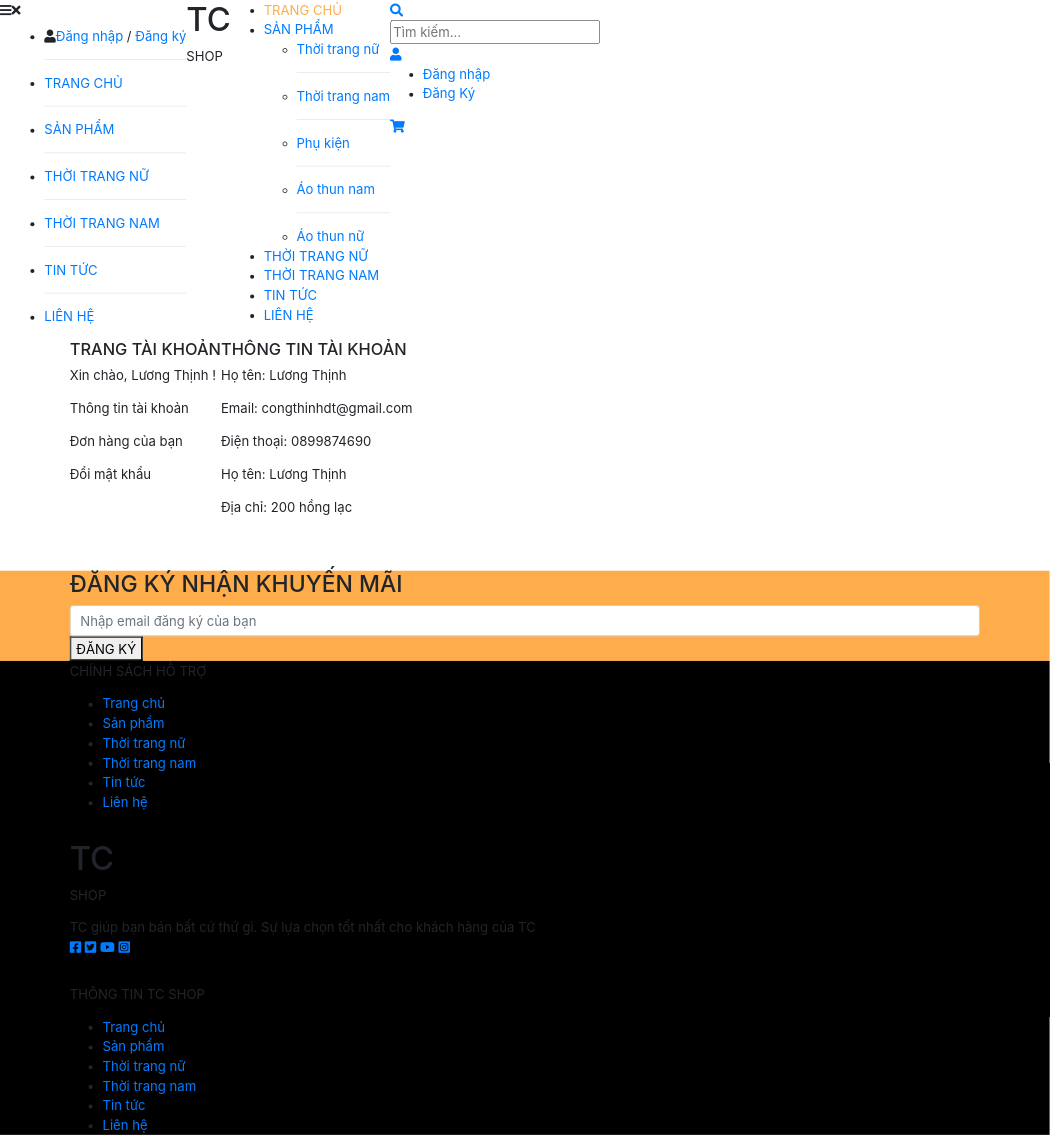
Repository: congthinh1701/TCshop
Page: ThongTinTaiKhoan.html
An editor plug-in stored every save of this project. The page is shown before and after the next save, followed by the edit.
The browser window is 1280 px wide. The pictures show the whole page, at 82% of full size.
The style sheet was rebuilt from its Sass, Less or Tailwind sources for each picture, by a compiler version that may differ from the author's.

Above is the page before, as saved 2021-09-08 17:02:16.

After the next save:
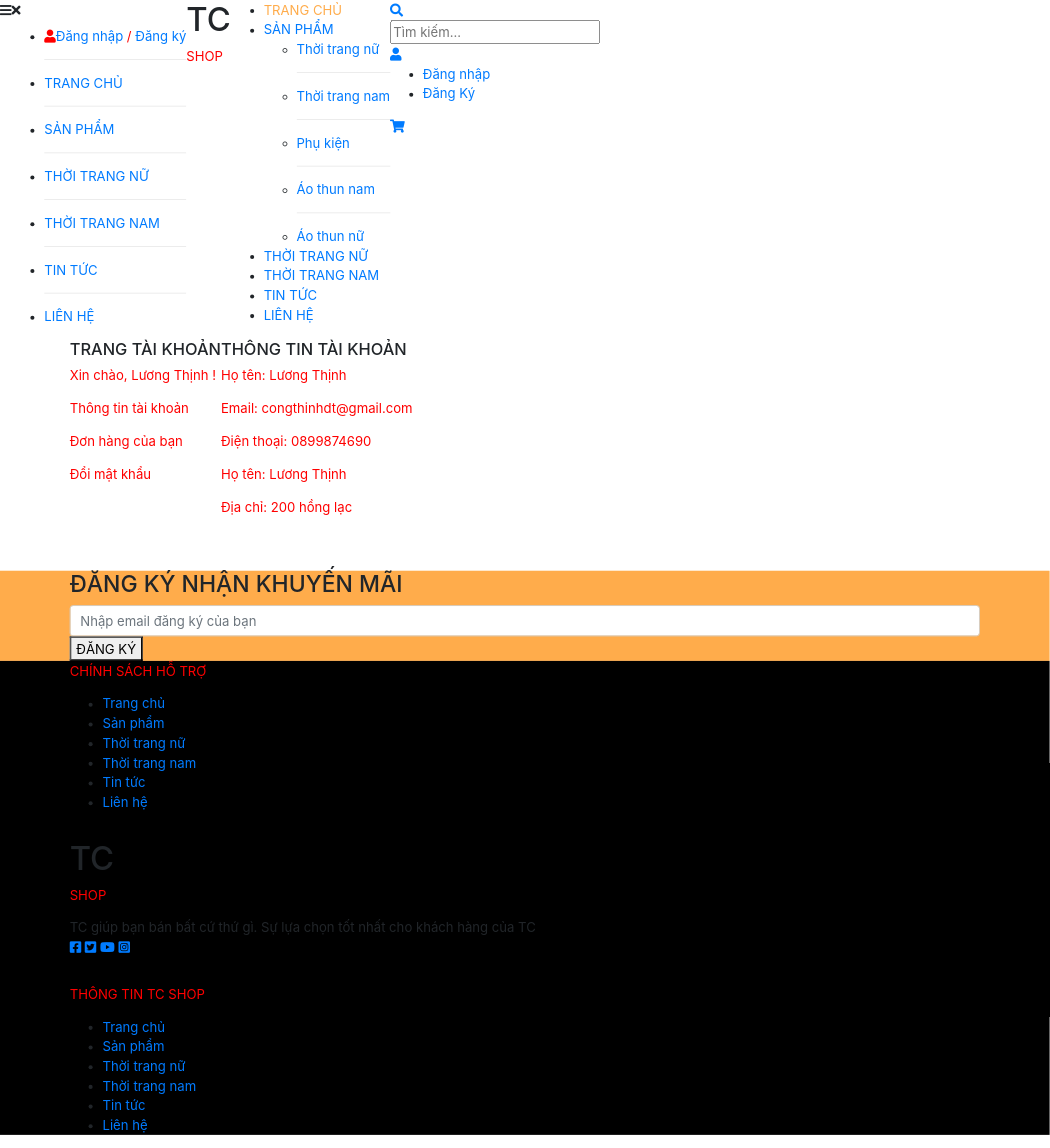
Saved 43 s later.
--- a/sass/style.scss
+++ b/sass/style.scss
@@ -7,3 +7,6 @@ $fontWeight:500;
 .admin{
     display:flex
 }
+p{
+    color:red
+}

After the save that followed:
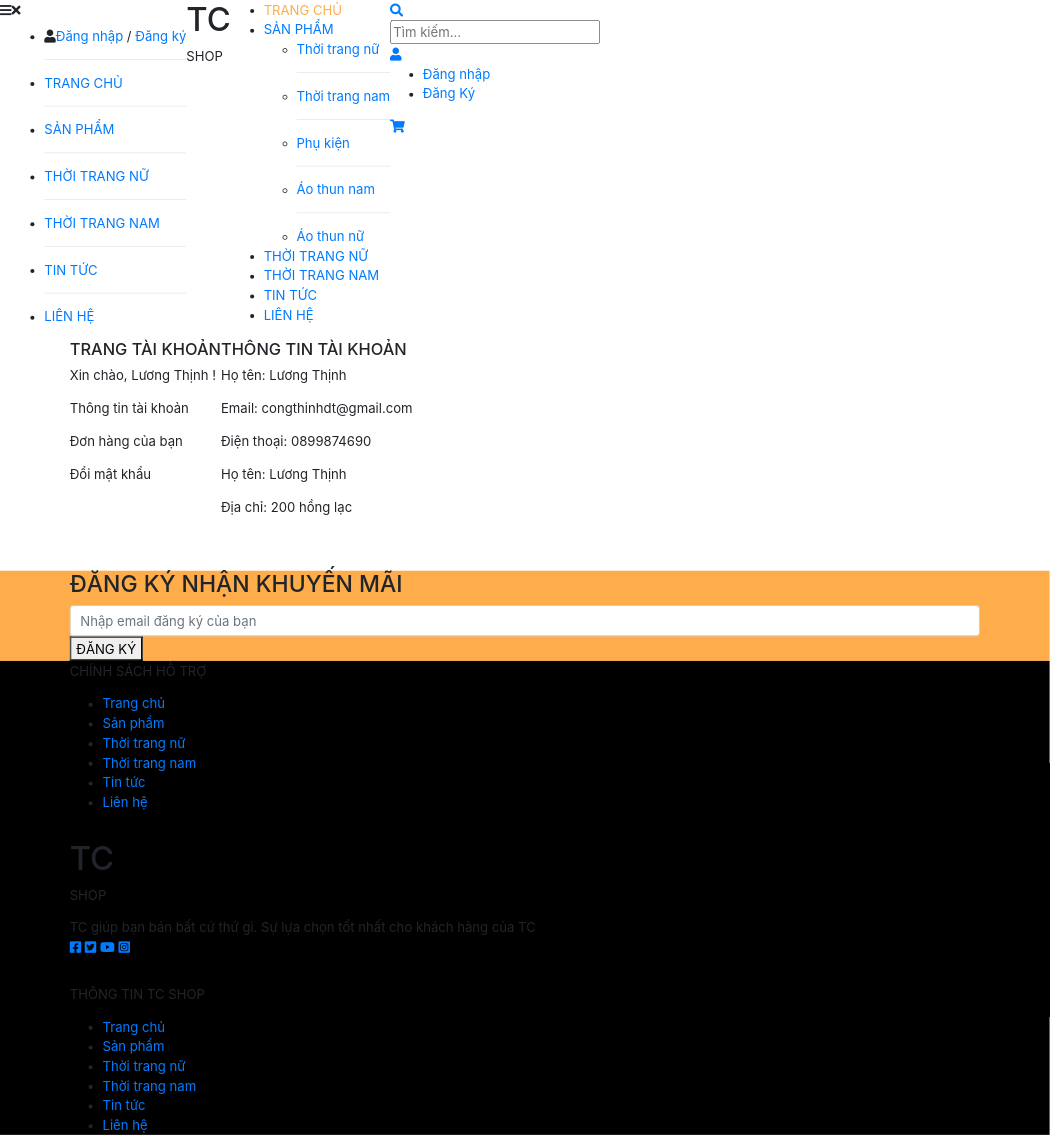
Saved 7 s later.
--- a/sass/style.scss
+++ b/sass/style.scss
@@ -7,6 +7,3 @@ $fontWeight:500;
 .admin{
     display:flex
 }
-p{
-    color:red
-}
